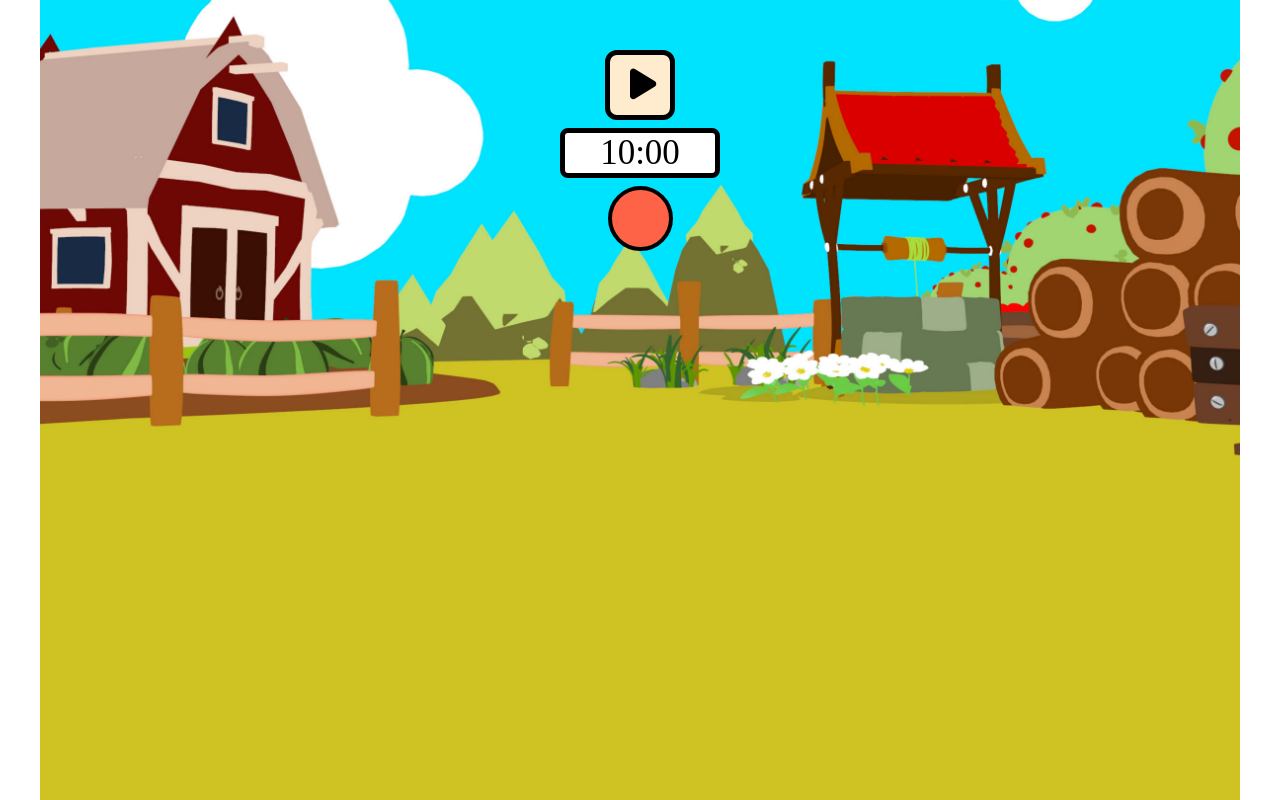
Repository: keehoonjung/Bug-Game
Page: index.html
These files come from the project's save history. The page is drawn as it stood at one moment and after the next save; the edit follows.
The browser window is 1280 px wide. The pictures show the whole page.
Some web libraries are served in a nearby version.

Above is the page before, as saved 2021-08-10 16:40:28.

After the next save:
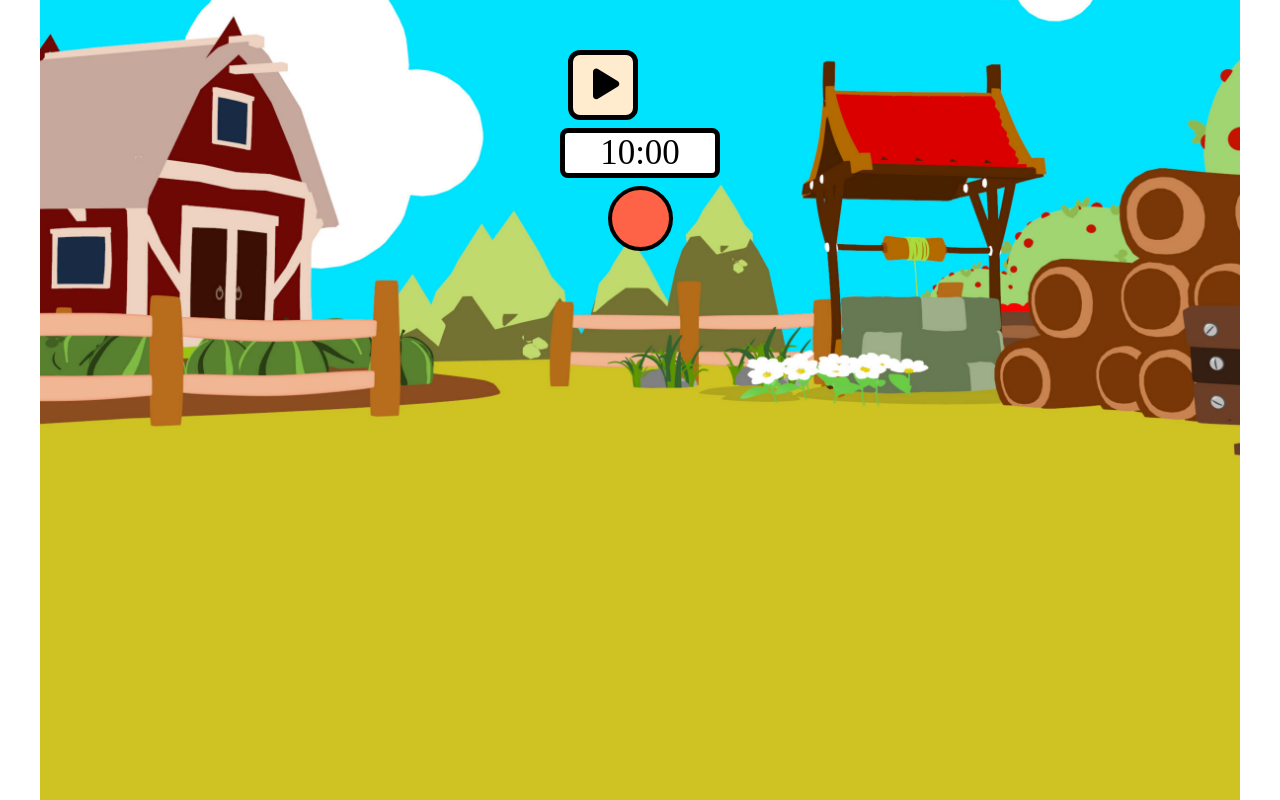
Saved 43 s later.
--- a/style.css
+++ b/style.css
@@ -44,7 +44,7 @@
   border-radius: 12px;
   padding-left: 5px;
   margin-bottom: 8px;
-  display: none;
+  opacity: 0;
 }
 
 .stop__btn.visible {

After the save that followed:
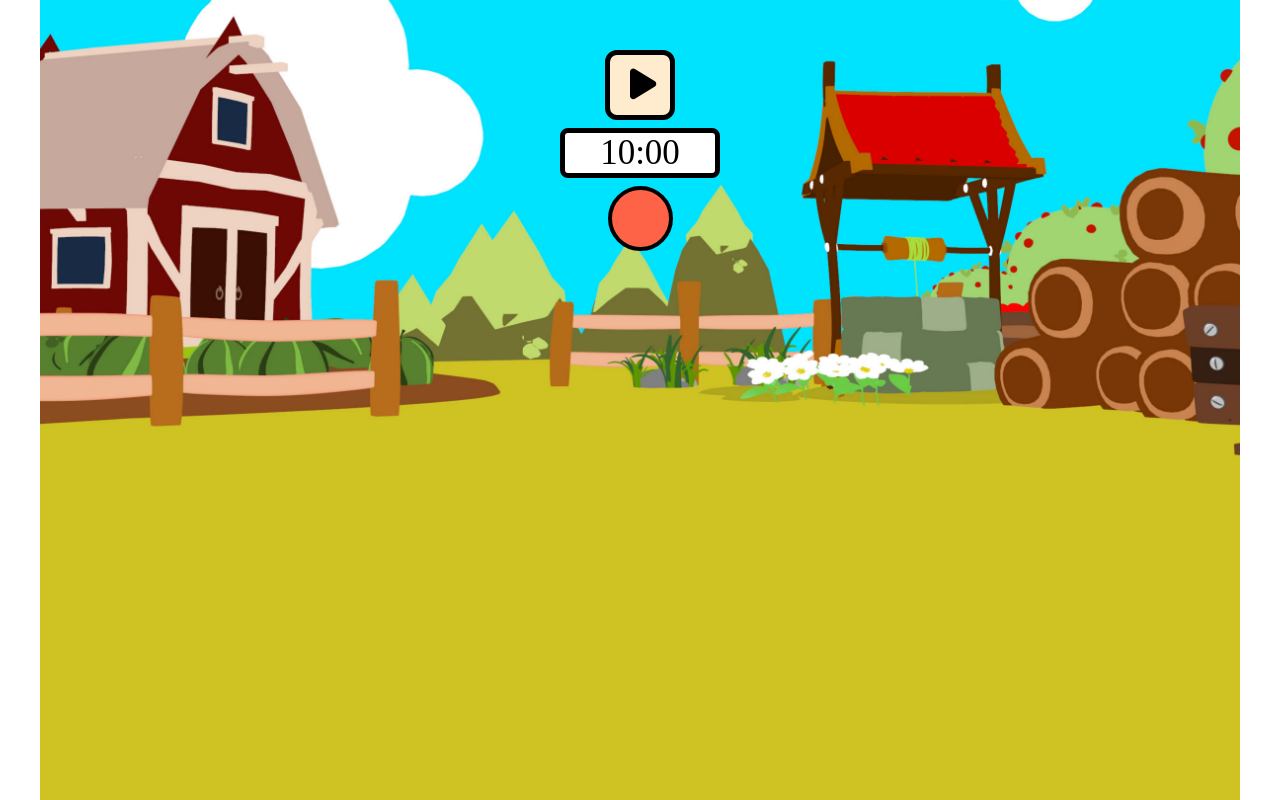
Saved 87 s later.
--- a/style.css
+++ b/style.css
@@ -44,7 +44,7 @@
   border-radius: 12px;
   padding-left: 5px;
   margin-bottom: 8px;
-  opacity: 0;
+  display: none;
 }
 
 .stop__btn.visible {
